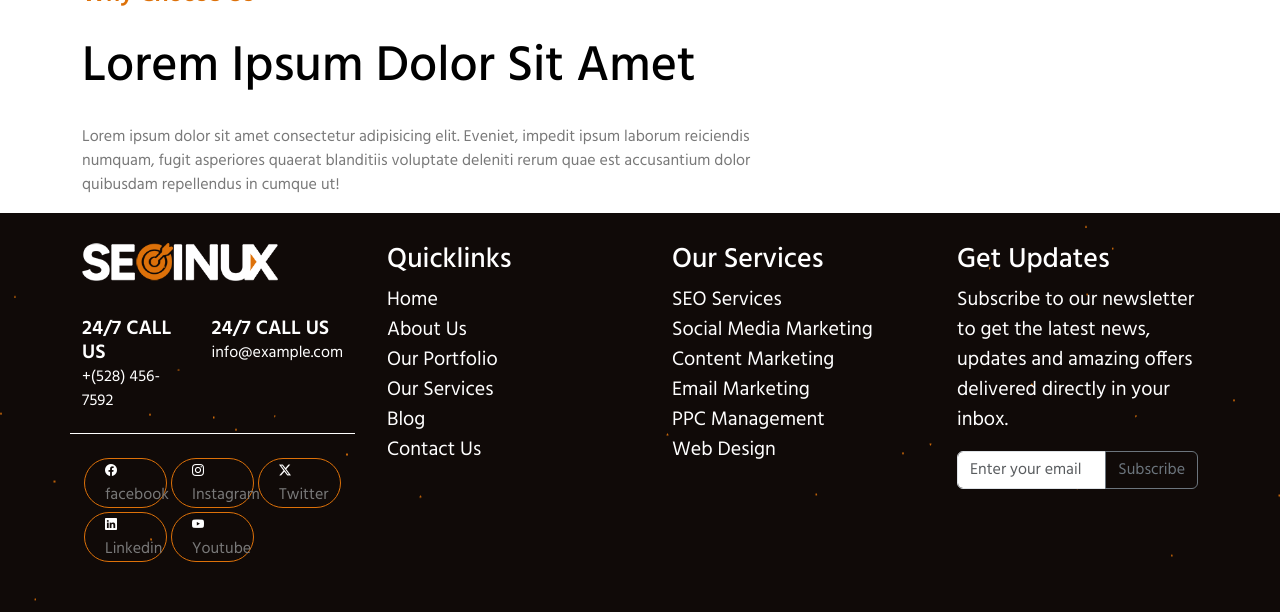
Repository: tagnam/seoinox
Page: about.html
These files come from the project's save history. The page is drawn as it stood at one moment and after the next save; the edit follows.
The browser window is 1280 px wide. The pictures show the part of the page from y = 3019 to 3631 px (the page is 3631 px tall).
A picture or video elsewhere on the page could not be fetched, so the positions and the page height are approximate. Backgrounds fixed to the window are drawn as part of the page.

Above is the page before, as saved 2025-02-26 11:04:19.

### about.html
<!DOCTYPE html>
<html lang="en">
<head>
    <meta charset="UTF-8">
    <meta name="viewport" content="width=device-width, initial-scale=1.0">
    <title>SEOINOX</title>
    <link href="https://cdn.jsdelivr.net/npm/bootstrap@5.3.3/dist/css/bootstrap.min.css" rel="stylesheet" integrity="sha384-QWTKZyjpPEjISv5WaRU9OFeRpok6YctnYmDr5pNlyT2bRjXh0JMhjY6hW+ALEwIH" crossorigin="anonymous">
    <link rel="stylesheet" href="style/css/style.css">
    <link rel="stylesheet" href="style/css/responsive.css">
    <link rel="stylesheet" href="style/css/animation.css">
</head>


<body>
  <header>
    <nav class="navbar navbar-expand-lg ">
        <div class="container-fluid">
          <a class="navbar-brand" href="#"><img src="images/main-logo-sec.png" width="100%" alt=""></a>
          <button class="navbar-toggler" type="button" data-bs-toggle="collapse" data-bs-target="#navbarSupportedContent" aria-controls="navbarSupportedContent" aria-expanded="false" aria-label="Toggle navigation">
            <span class="navbar-toggler-icon"></span>
          </button>
          <div class="collapse navbar-collapse custom-navbar-collapse" id="navbarSupportedContent">
            <ul class="navbar-nav custom-navbar-nav">
              <li class="nav-item">
                <a class="nav-link active" aria-current="page" href="/">Home</a>
              </li>
              <li class="nav-item">
                <a class="nav-link" href="about.html">About US</a>
              </li>
              <li class="nav-item">
                <a class="nav-link" href="portfolio.html">Our Portfolio</a>
              </li>
              <li class="nav-item">
                <a class="nav-link" href="service.html">Our Services</a>
              </li>
              <li class="nav-item">
                <a class="nav-link" href="blog.html">Blog</a>
              </li>
              <li class="nav-item">
                <a class="nav-link" href="contact.html">Contact Us</a>
              </li>
            </ul>
            <div class="d-flex" role="search">
                    <div class="menu-icon">
                        <div class="menu-icon-item"> </div>
                        <div class="menu-icon-item"></div>
                        <div class="menu-icon-item"></div>
                    </div>
            </div>
          </div>
        </div>
      </nav>
  </header>


<!--====================================== start hero section  ============================-->
 <section class="inner-page-hero-section">
    <div class="container">
        <div class="row">
                <div class="col-lg-12" style="z-index: 10;">
                    <div class="page-title">
                        <h2> About Us</h2>
                    </div>
                </div>
        </div>
    </div>
    <div class="overlay"></div>
 </section>

<!--====================================== end hero section  ============================-->

  <!--====================================== start about section  ============================-->
  <section class="about-section">
    <div class="container">
      <div class="row">
        <div class="col-lg-6" style="height: 800px;">
          <div class="about-img-container">
            <img src="images/about-image.png" alt="">
          </div>
        </div>
        <div class="col-lg-6">

          <div class="about-content-container">
            <div class="about-content">
              <h2 class="about-main-heading" style="text-align: start;">About Us</h2>
              <p class="about-sub-heading" style="text-align: start ; line-height: 80px;">Lorem ipsum dolor sit amet</p>
          </div>
          <p>At the core of our journey lies a commitment to driving growth fueled by a combination of expertise and passion. We believe growth is not just about numbers—it's about creating meaningful impact, fostering innovation, and building relationships that last. Our team brings a wealth of knowledge, experience, and dedication to every project.</p>
          <div class="about-card card">
            <div class="row g-4">
              <div class="col" style="background-color: #F7F7F7; border-radius: 15px;  ">
                <div class="card-body mission-vission">
                  <h5 class="card-title">Our Mission</h5>
                  <p class="card-text">Lorem ipsum dolor sit amet, consectetur adipiscing elit. </p>
                </div>
              </div>
              <div class="col" >
                <div class="card-body mission-vission">
                  <h5 class="card-title">Our Vision</h5>
                  <p class="card-text">Lorem ipsum dolor sit amet, consectetur adipiscing elit. </p>
                </div>
              </div>
            </div>
          </div>
        </div>
        </div>
      </div>
    </div>
  </section>

    <!--====================================== end about section  ============================-->
    <div class="clearfix"></div>


    <!--====================================== start choice  section  ============================-->

<section class="ab-page-choice-section">
<div class="container">
  <div class="row">
    <div class="col-lg-6" style="padding: 0px 50px;">
      <div class="about-content" >
        <h2 class="about-main-heading" style="text-align: start;">About Us</h2>
        <p class="about-sub-heading" style="text-align: start ; line-height: 80px; color: #fff;">Lorem ipsum dolor sit amet</p>
        <p style="text-align: start; color: #F7F7F7;">At the core of our journey lies a commitment to driving growth fueled by a combination of expertise and passion. We believe growth is not just about numbers—it's about creating meaningful impact, fostering innovation, and building relationships that last. Our team brings a wealth of knowledge, experience, and dedication to every project.</p>

    </div>
    </div>
    <div class="col-lg-6" style="padding: 0px 50px;">
      <div class="row row-cols-1 row-cols-md-2 g-4">
        <div class="col">
            <div class="card-body" style="color: #fff;">
              <h5 class="card-title choice-num">60<span>M</span></h5>
              <p class="card-text">Lorem ipsum dolor sit amet, consectetur adipiscing elit. </p>
          </div>
        </div>
        <div class="col">
          <div class="card-body" style="color: #fff;">
            <h5 class="card-title choice-num">80<span>%</span></h5>
            <p class="card-text">Lorem ipsum dolor sit amet, consectetur adipiscing elit. </p>
        </div>
        </div>
        <div class="col">
          <div class="card-body" style="color: #fff;">
            <h5 class="card-title choice-num">95<span>%</span> </h5>
            <p class="card-text">Lorem ipsum dolor sit amet, consectetur adipiscing elit. </p>
        </div>
        </div>
        <div class="col">
          <div class="card-body" style="color: #fff;">
            <h5 class="card-title choice-num">75<span>K</span> </h5>
            <p class="card-text">Lorem ipsum dolor sit amet, consectetur adipiscing elit. </p>
        </div>
        </div>
      </div>
    </div>
  </div>
</div>

</section>

        <!--====================================== end choice section  ============================-->

  <!--====================================== start choose section  ============================-->


  <section class="choose-section">
    <div class="container">
      <div class="row">
          <div class="col-lg-6 d-flex align-items-center">
              <div class="about-content">
                  <h2 class="about-main-heading" style="text-align: start;">Why Choose Us</h2>
                  <p class="about-sub-heading" style="text-align: start; font-size: 50px;">Lorem ipsum dolor sit amet</p>
                  <p  style="text-align: start;">Lorem ipsum dolor sit amet consectetur adipisicing elit. Eveniet, impedit ipsum laborum reiciendis numquam, fugit asperiores quaerat blanditiis voluptate deleniti rerum quae est accusantium dolor quibusdam repellendus in cumque ut!</p>

              </div>
          </div>
          <div class="col-lg-6">
            <div class="chooise-card-container">
              <div class="card chooise-card mb-5" >
                <div class="row g-0">
                  <div class="col-md-3">
                    <div class="choice-img-container">
                      <img src="images/step1.png" class="img-fluid" alt="...">
                    </div>
                  </div>
                  <div class="col-md-9">
                    <div class="card-body">
                      <h5 class="card-title choice-title">Card title</h5>
                      <p class="card-text">This is a wider card with supporting text below as a natural lead-in to additional content. This content is a little bit longer.</p>
                    </div>
                  </div>
                </div>
              </div>
              <div class="card chooise-card mb-5" >
                <div class="row g-0">
                  <div class="col-md-3">
                    <div class="choice-img-container">
                      <img src="images/step1.png" class="img-fluid" alt="...">
                    </div>
                  </div>
                  <div class="col-md-9">
                    <div class="card-body">
                      <h5 class="card-title choice-title">Card title</h5>
                      <p class="card-text">This is a wider card with supporting text below as a natural lead-in to additional content. This content is a little bit longer.</p>
                    </div>
                  </div>
                </div>
              </div>
              <div class="card chooise-card mb-5" >
                <div class="row g-0">
                  <div class="col-md-3">
                    <div class="choice-img-container">
                      <img src="images/step1.png" class="img-fluid" alt="...">
                    </div>
                  </div>
                  <div class="col-md-9">
                    <div class="card-body">
                      <h5 class="card-title choice-title">Card title</h5>
                      <p class="card-text">This is a wider card with supporting text below as a natural lead-in to additional content. This content is a little bit longer.</p>
                    </div>
                  </div>
                </div>
              </div>
              <div class="card chooise-card mb-5" >
                <div class="row g-0">
                  <div class="col-md-3">
                    <div class="choice-img-container">
                      <img src="images/step1.png" class="img-fluid" alt="...">
                    </div>
                  </div>
                  <div class="col-md-9">
                    <div class="card-body">
                      <h5 class="card-title choice-title">Card title</h5>
                      <p class="card-text">This is a wider card with supporting text below as a natural lead-in to additional content. This content is a little bit longer.</p>
                    </div>
                  </div>
                </div>
              </div>
            </div>
          </div>
      </div>
  </div>
</section>

  <!--====================================== end choose section  ============================-->
  <div class="clearfix"></div>

  <!--====================================== start team section  ============================-->

  <section>
    <div class="container">
      <div class="row">
        <div class="col-lg-8">
          <div class="about-content">
            <h2 class="about-main-heading" style="text-align: start;">Why Choose Us</h2>
            <p class="about-sub-heading" style="text-align: start; font-size: 50px;">Lorem ipsum dolor sit amet</p>
            <p  style="text-align: start;">Lorem ipsum dolor sit amet consectetur adipisicing elit. Eveniet, impedit ipsum laborum reiciendis numquam, fugit asperiores quaerat blanditiis voluptate deleniti rerum quae est accusantium dolor quibusdam repellendus in cumque ut!</p>

        </div>
        </div>
        <div class="col-lg-4">

        </div>
      </div>
    </div>
  </section>
  <!--====================================== end team section  ============================-->











<footer>
  <div class="container">
    <div class="row">
      <div class="col">
        <figure>
          <img src="images/main-logo.png" alt="" style="width: 75%;">
        </figure>
        <div class="row" style="padding: 20px 0px; border-bottom: 1px solid #fff;">
          <div class="col">
            <h4 class="footer-heading">24/7 CALL US</h4>
            <a href="" class="footer-link">+(528) 456-7592</a>
          </div>
          <div class="col">
            <h4 class="footer-heading">24/7 CALL US</h4>
            <a href="" class="footer-link">info@example.com</a>
          </div>
        </div>
        <div class="social-container row-cols-md-3  row g-1">
          <div class="col">
            <div class="social-icon"> <span><i class="bi bi-facebook"></i></span> facebook </div>
          </div>
          <div class="col">
            <div class="social-icon"> <span><i class="bi bi-instagram"></i></span> Instagram </div>
          </div>
          <div class="col">
            <div class="social-icon"> <span><i class="bi bi-twitter-x"></i></span> Twitter </div>
          </div>
          <div class="col">
            <div class="social-icon"> <span><i class="bi bi-linkedin"></i></span> Linkedin</div>
          </div>
          <div class="col">
            <div class="social-icon"> <span><i class="bi bi-youtube"></i></span> Youtube</div>
          </div>
        </div>
      </div>
      <div class="col">
          <div class="footer-content-heading">
              <h3><i class="ri-circle-fill"></i> Quicklinks</h3>
              <ul class="footer-list">
                <li><i class="ri-arrow-right-double-line"></i> <a class="footer-link" href="">Home</a></li>
                <li><i class="ri-arrow-right-double-line"></i> <a class="footer-link" href="">About Us</a></li>
                <li><i class="ri-arrow-right-double-line"></i> <a class="footer-link" href="">Our Portfolio</a></li>
                <li><i class="ri-arrow-right-double-line"></i> <a class="footer-link" href="">Our Services</a></li>
                <li><i class="ri-arrow-right-double-line"></i> <a class="footer-link" href="">Blog</a></li>
                <li><i class="ri-arrow-right-double-line"></i> <a class="footer-link" href="">Contact Us</a></li>
          </div>
      </div>
      <div class="col">
        <div class="footer-content-heading">
          <h3><i class="ri-circle-fill"></i> Our Services</h3>
            <ul class="footer-list">
              <li><i class="ri-arrow-right-double-line"></i> <a class="footer-link" href="">SEO Services</a></li>
              <li><i class="ri-arrow-right-double-line"></i> <a class="footer-link" href="">Social Media Marketing</a></li>
              <li><i class="ri-arrow-right-double-line"></i> <a class="footer-link" href="">Content Marketing</a></li>
              <li><i class="ri-arrow-right-double-line"></i> <a class="footer-link" href="">Email Marketing</a></li>
              <li><i class="ri-arrow-right-double-line"></i> <a class="footer-link" href="">PPC Management</a></li>
              <li><i class="ri-arrow-right-double-line"></i> <a class="footer-link" href="">Web Design</a></li>
            </ul>
      </div>
      </div>
      <div class="col">
        <div class="footer-content-heading">
          <h3><i class="ri-circle-fill"></i> Get Updates</h3>
          <p>Subscribe to our newsletter to get the latest news, updates and amazing offers delivered directly in your inbox.</p>
          <form action="">
            <div class="input-group mb-3">
              <input type="text" class="form-control" placeholder="Enter your email" aria-label="Recipient's username" aria-describedby="button-addon2">
              <button class="btn btn-outline-secondary" type="button" id="button-addon2">Subscribe</button>
            </div>
          </form>

      </div>
      </div>
    </div>
  </div>
</footer>
<script src="https://cdn.jsdelivr.net/npm/bootstrap@5.3.3/dist/js/bootstrap.bundle.min.js" integrity="sha384-YvpcrYf0tY3lHB60NNkmXc5s9fDVZLESaAA55NDzOxhy9GkcIdslK1eN7N6jIeHz" crossorigin="anonymous"></script>
<script src="https://unpkg.com/@studio-freight/lenis@1.0.42/dist/lenis.min.js"></script>

<script src="style/js/custom.js"></script>
</body>
</html>

Loaded but not shown: style/js/custom.js (12 lines, source omitted); style/css/style.css (593 lines, source omitted); style/css/responsive.css (no stored copy; drawn as an empty file); style/css/animation.css (no stored copy; drawn as an empty file)

After the next save:
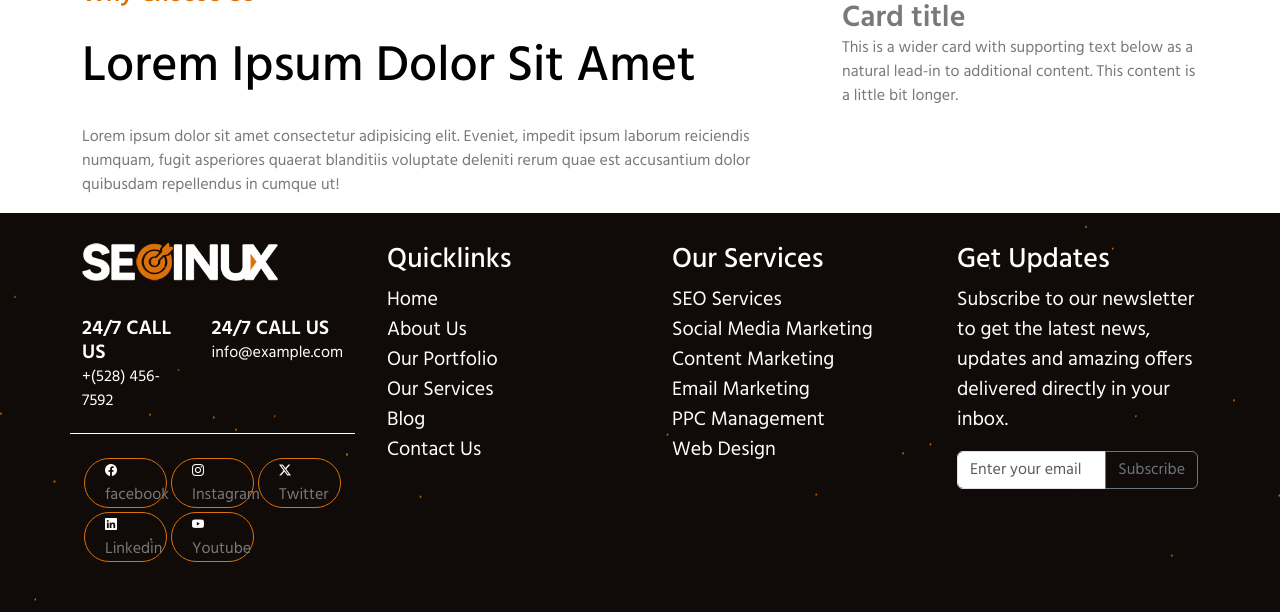
Saved 4 s later.
--- a/about.html
+++ b/about.html
@@ -259,7 +259,10 @@
         </div>
         </div>
         <div class="col-lg-4">
-
+          <div class="card-body">
+            <h5 class="card-title choice-title">Card title</h5>
+            <p class="card-text">This is a wider card with supporting text below as a natural lead-in to additional content. This content is a little bit longer.</p>
+          </div>
         </div>
       </div>
     </div>
